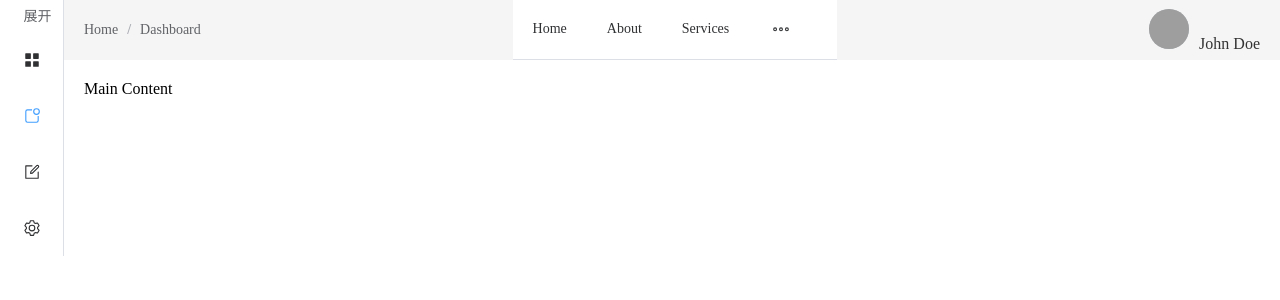
Repository: IsHexx/VerityX
Page: /home (app in front/)
These files come from the project's save history. The page is drawn as it stood at one moment and after the next save; the edit follows.
The browser window is 1280 px wide. The pictures show the whole page.
Pictures or frames that could not be fetched are drawn as grey boxes. The project was rebuilt for these pictures with package versions that can differ from the ones it lists, and the page was loaded fresh each time. Also part of the build but not shown: front/vue.config.js, front/src/components/UserlLogin.vue.

Above is the page before, as saved 2024-10-08 19:13:00.

### front/src/App.vue
<template>
  <router-view></router-view>
</template>

<script>
export default {
  name: 'App',
};
</script>

<style>
*{
 margin:0;
 padding:0
}
</style>

### front/src/router/index.js
import { createRouter, createWebHistory } from 'vue-router';
import UserLogin from '@/components/UserlLogin.vue';
import HomePage from '@/views/HomePage.vue';


const routes = [
  {
    path: '/login',
    name: 'Login',
    component: UserLogin
  },
  {
    path: '/home',  // 新增的导航页面路由
    name: 'Home',
    component: HomePage
  }
];

const router = createRouter({
  history: createWebHistory(),
  routes
});

// 路由守卫，检查登录状态
router.beforeEach((to, from, next) => {
  const token = localStorage.getItem('token');
  if (to.matched.some(record => record.meta.requiresAuth) && !token) {
    next({ name: 'Login' });
  } else {
    next();
  }
});

export default router;

### front/src/store/index.js
import { createStore } from 'vuex';
import { login } from '@/api/auth';

export default createStore({
    state: {
        user: null,
        token: null,
    },
    mutations: {
        SET_USER(state, user) {
            state.user = user;
        },
        SET_TOKEN(state, token) {
            state.token = token;
        },
        LOGOUT(state) {
            state.user = null;
            state.token = null;
        }
    },
    actions: {
        async login({ commit }, credentials) {
            try {
                const response = await login(credentials);
                const { user, token } = response.data;
                commit('SET_USER', user);
                commit('SET_TOKEN', token);
                return true;
            } catch (error) {
                console.error('登录失败:', error);
                return false;
            }
        },
        logout({ commit }) {
            commit('LOGOUT');
        }
    }
});

### front/src/views/HomePage.vue
<template>
    <div class="common-layout">
      <el-container>
        <!-- 侧边栏 -->
        <el-aside class="fixed-aside">
          <common-aside></common-aside>
        </el-aside>

        <!-- 右侧内容，Header 和 Main 为上下布局 -->
        <el-container direction="vertical">
          <!-- Header 部分 -->
          <el-header>
            <!-- 引用 CommonHeader -->
            <common-header></common-header>
          </el-header>

          <!-- Main 部分 -->
          <el-main>
            Main Content
          </el-main>
        </el-container>
      </el-container>
    </div>
  </template>

  <script>
  import CommonHeader from "../components/CommonHeader.vue";
  import CommonAside from "../components/CommonAside.vue";

  export default {
    components: {
      CommonAside,
      CommonHeader,
    },
  };
  </script>

  <style scoped>
  .common-layout {
    height: 100vh; /* 设置整体布局占满整个视口高度 */
  }

  .fixed-aside {
    background-color: #ffffff;
    color: #333;
    height: calc(100vh);
    overflow-y: auto;
    width: auto;
    max-width: 200px;
    border-radius: 20px 0px 0px 20px;
  }

  .common-layout > .el-container {
    height: 100%;
  }

  .common-layout > .el-container > .el-container > .el-header {
    height: 60px; /* 固定 Header 的高度 */
    padding: 0;
    background-color: #f5f5f5;
    line-height: 60px; /* 让内容在 Header 内居中显示 */
  }

  .common-layout > .el-container > .el-container > .el-main {
    background-color: #fff;
    height: calc(100vh - 60px); /* Main 高度等于视口高度减去 Header 的高度 */
    padding: 20px;
  }
  </style>

### front/src/api/auth.js
import axios from 'axios';

export function login(data) {
    return axios.post('/api/login', data);
}

### front/src/components/CommonHeader.vue
<template>
  <el-header class="header">
    <!-- 导航栏左侧内容 -->
    <div class="header-left">
      <el-breadcrumb separator="/">
        <el-breadcrumb-item>Home</el-breadcrumb-item>
        <el-breadcrumb-item>Dashboard</el-breadcrumb-item>
      </el-breadcrumb>
    </div>
    <!-- 中间的水平菜单 -->
    <el-menu mode="horizontal"  class="horizontal-menu">
      <el-menu-item index="1">Home</el-menu-item>
      <el-menu-item index="2">About</el-menu-item>
      <el-menu-item index="3">Services</el-menu-item>
      <el-menu-item index="4">Contact</el-menu-item>
    </el-menu>

    <!-- 导航栏右侧内容 -->
    <div class="header-right">
      <!-- 用户信息部分：头像 + 用户名 + 下拉菜单 -->
      <el-dropdown trigger="click">
        <span class="el-dropdown-link">
          <el-avatar src="https://www.example.com/user-avatar.jpg" size="40"></el-avatar>
          <span class="username">{{ username }}</span>
        </span>
        <template #dropdown>
          <el-dropdown-menu>
            <el-dropdown-item>Profile</el-dropdown-item>
            <el-dropdown-item>Settings</el-dropdown-item>
            <el-dropdown-item divided @click="logout">Logout</el-dropdown-item>
          </el-dropdown-menu>
        </template>
      </el-dropdown>
    </div>
  </el-header>
</template>

<script setup>
import { ref } from 'vue';

// 模拟用户名
const username = ref('John Doe');

// 模拟退出登录方法
const logout = () => {
  console.log('Logout clicked');
  // 在此处处理退出登录的逻辑
};
</script>

<style scoped>
.header {
  display: flex;
  justify-content: space-between;
  padding: 0 20px;
  background-color: #f5f5f5;
  height: 60px;
  align-items: center;
}

.header-left {
  display: flex;
  align-items: center;
}

.header-right {
  display: flex;
  align-items: center;
}

.username {
  margin-left: 10px;
  font-size: 16px;
  color: #333;
}

.el-avatar {
  cursor: pointer;
}
</style>

### front/src/components/CommonAside.vue
<template>
  <div class="aside">
    <el-menu
      default-active="2"
      class="el-menu-vertical-demo"
      :collapse="isCollapse"
      @open="handleOpen"
      @close="handleClose"
    >
      <el-button
        :icon="isCollapse ? 'el-icon-arrow-right' : 'el-icon-arrow-down'"
        @click="toggleCollapse"
        style="width: 55px; border: 0px"
      >
        {{ isCollapse ? "展开" : "折叠" }}
      </el-button>
      <el-sub-menu index="1">
        <template #title>
          <el-icon><House /></el-icon>
          <span>Navigator One</span>
        </template>
        <el-menu-item-group>
          <el-menu-item index="1-1">item one</el-menu-item>
          <el-menu-item index="1-2">item two</el-menu-item>
        </el-menu-item-group>
          <el-menu-item index="1-3">item three</el-menu-item>
          <el-menu-item index="1-3">item four</el-menu-item>
      </el-sub-menu>
      <el-menu-item index="2">
        <el-icon><Notification /></el-icon>
        <template #title>Navigator Two</template>
      </el-menu-item>
      <el-menu-item index="3">
        <el-icon><Edit /></el-icon>
        <template #title>Navigator Three</template>
      </el-menu-item>
      <el-menu-item index="4">
        <el-icon><setting /></el-icon>
        <template #title>Navigator Four</template>
      </el-menu-item>
    </el-menu>
  </div>
</template>

  <script  setup>
import { ref } from "vue";
import {
  Menu as House,
  Edit,
  Notification,
  Setting,
} from "@element-plus/icons-vue";

const isCollapse = ref(true);

const toggleCollapse = () => {
  isCollapse.value = !isCollapse.value;
};
const handleOpen = (key) => {
  console.log(key);
};
const handleClose = (key) => {
  console.log(key);
};
</script>

  <style>
.aside {
  background-color: #ffffff;
}
.el-menu-vertical-demo:not(.el-menu--collapse) {
  width: 100%;
  height: 100%; /* 确保菜单占据整个父容器高度 */
  /*overflow-y: clip; !* 使菜单内容滚动 *!*/
  /* min-height: 400px; */
  background-color: #ffffff;
}
</style>

Loaded but not shown: front/public/index.html (common file); front/src/main.js (common file)

After the next save:
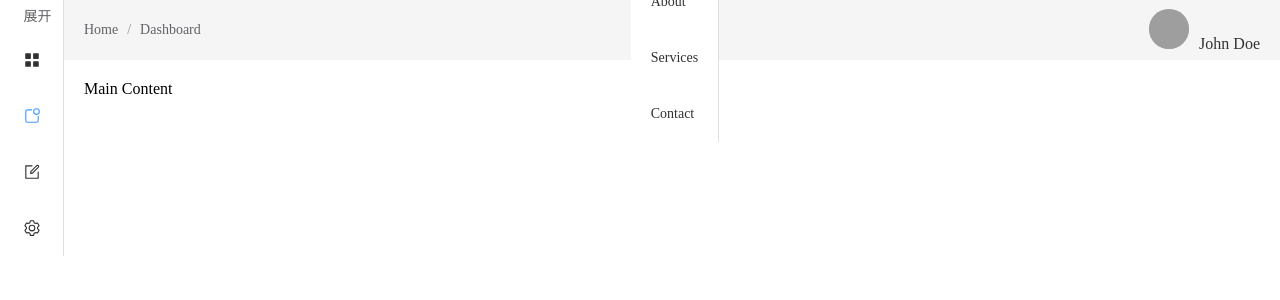
Saved 11 s later.
--- a/front/src/components/CommonHeader.vue
+++ b/front/src/components/CommonHeader.vue
@@ -8,7 +8,7 @@
       </el-breadcrumb>
     </div>
     <!-- 中间的水平菜单 -->
-    <el-menu mode="horizontal"  class="horizontal-menu">
+    <el-menu  class="horizontal-menu">
       <el-menu-item index="1">Home</el-menu-item>
       <el-menu-item index="2">About</el-menu-item>
       <el-menu-item index="3">Services</el-menu-item>

After the save that followed:
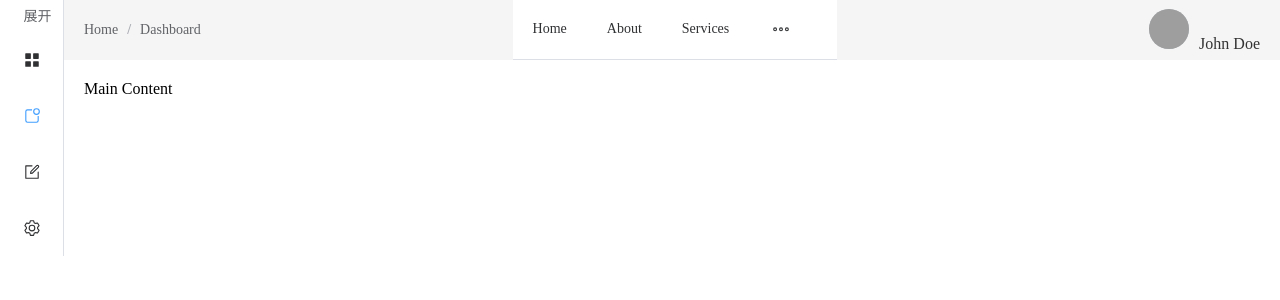
Saved 7 s later.
--- a/front/src/components/CommonHeader.vue
+++ b/front/src/components/CommonHeader.vue
@@ -8,7 +8,7 @@
       </el-breadcrumb>
     </div>
     <!-- 中间的水平菜单 -->
-    <el-menu  class="horizontal-menu">
+    <el-menu mode="horizontal"  class="horizontal-menu">
       <el-menu-item index="1">Home</el-menu-item>
       <el-menu-item index="2">About</el-menu-item>
       <el-menu-item index="3">Services</el-menu-item>
